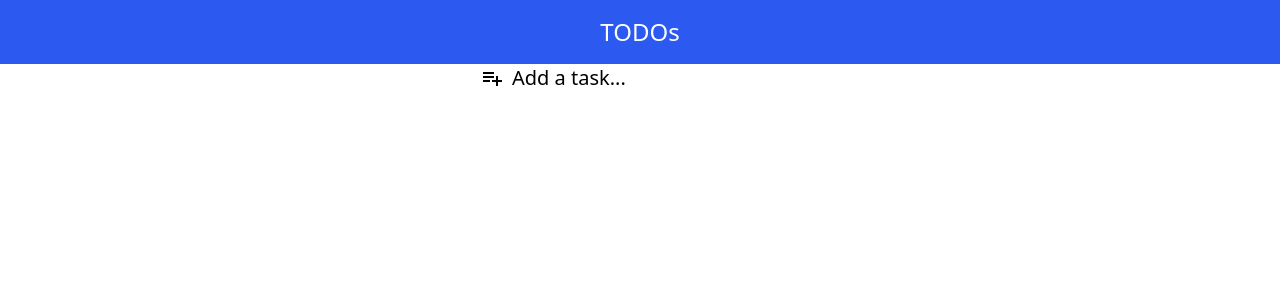
Repository: Jay-JYKim91/wanted-pre-onboarding-challenge-fe-1
Page: /
An editor plug-in stored every save of this project. The page is shown before and after the next save, followed by the edit.
The browser window is 1280 px wide. The pictures show the whole page.
The project was rebuilt for these pictures with package versions that can differ from the ones it lists, and the page was loaded fresh each time. Also part of the build but not shown: src/page/Auth.tsx.

Above is the page before, as saved 2022-08-01 22:14:40.

### src/index.tsx
import React from "react"
import ReactDOM from "react-dom/client"
import "./index.css"
import App from "./App"
import { BrowserRouter } from "react-router-dom"

const root = ReactDOM.createRoot(document.getElementById("root") as HTMLElement)
root.render(
  <React.StrictMode>
    <BrowserRouter>
      <App />
    </BrowserRouter>
  </React.StrictMode>
)

### src/App.tsx
import React, { useEffect } from "react"
import { Route, Routes, useNavigate } from "react-router-dom"
import Auth from "./page/Auth"
import Main from "./page/Main"

function App() {
  const navigate = useNavigate()

  useEffect(() => {
    const userToken = window.localStorage.getItem("userToken")
    if (userToken === "") {
      window.alert("Please login first.")
      navigate("/auth")
    }
  }, [])

  return (
    <div className="App">
      <header className="bg-primary-900 text-white text-center py-4 text-2xl">
        <span>TODOs</span>
      </header>
      <Routes>
        <Route path="/" element={<Main />} />
        <Route path="/auth" element={<Auth />} />
      </Routes>
    </div>
  )
}

export default App

### src/page/Main.tsx
import React from "react"
import { MdPlaylistAdd } from "react-icons/md"

function Main() {
  return (
    <div className="max-w-xs m-auto">
      <button type="button" className="flex items-center">
        <MdPlaylistAdd className="mr-2 text-2xl" />
        <span className="text-xl">Add a task...</span>
      </button>
    </div>
  )
}

export default Main

### tailwind.config.js
/** @type {import('tailwindcss').Config} */
module.exports = {
  content: [
    "./src/**/*.{js,jsx,ts,tsx}",
  ],
  theme: {
    extend: {
      colors: {
        'primary': {
          100: '#47dfbc',
          500: '#428afe',
          900: '#2c5af1',
        }
      },
    },
  },
  plugins: [],
}

Loaded but not shown: public/index.html (common file); src/index.css (common file)

After the next save:
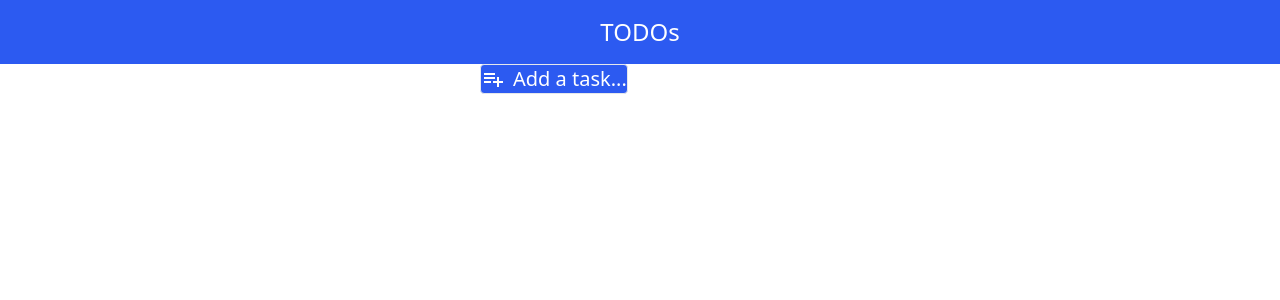
Saved 30 s later.
--- a/src/page/Main.tsx
+++ b/src/page/Main.tsx
@@ -4,7 +4,10 @@ import { MdPlaylistAdd } from "react-icons/md"
 function Main() {
   return (
     <div className="max-w-xs m-auto">
-      <button type="button" className="flex items-center">
+      <button
+        type="button"
+        className="flex items-center border rounded bg-primary-900 text-white"
+      >
         <MdPlaylistAdd className="mr-2 text-2xl" />
         <span className="text-xl">Add a task...</span>
       </button>
